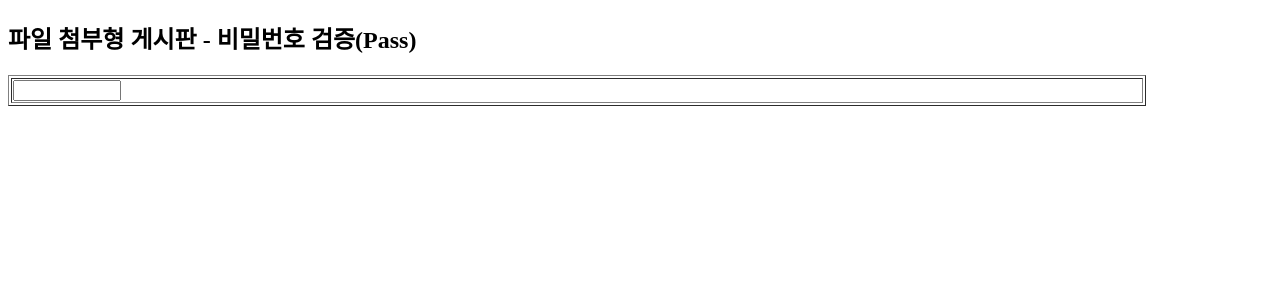
Repository: Park-Dongheon/Servlet-JSP_Training
Page: http://localhost/MustHaveJSP/14MVCBoard/Pass.jsp
An editor plug-in stored every save of this project. The page is shown before and after the next save, followed by the edit.
The browser window is 1280 px wide. The pictures show the whole page.
The page is served by Tomcat 10.

Above is the page before, as saved 2024-06-28 06:16:39.

After the next save:
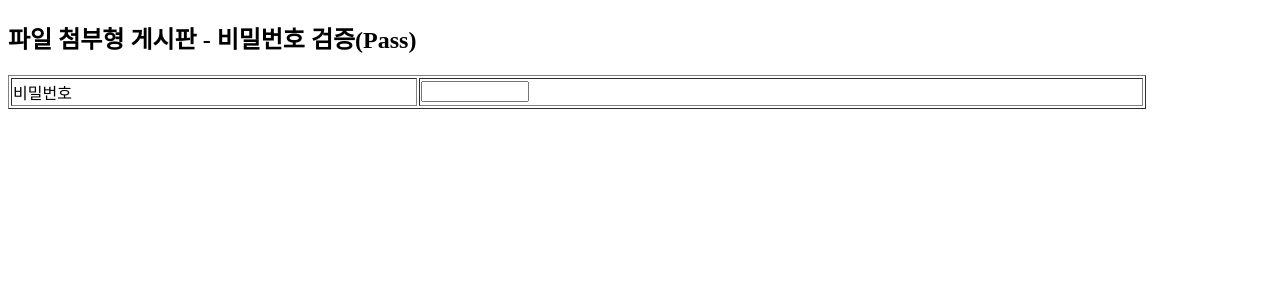
Saved 23 s later.
--- a/MustHaveJSP/src/main/webapp/14MVCBoard/Pass.jsp
+++ b/MustHaveJSP/src/main/webapp/14MVCBoard/Pass.jsp
@@ -23,6 +23,7 @@
 		<input type="hidden" name="mode" value="${ param.mode }" />
 		<table border="1" width="90%">
 			<tr>
+				<td>비밀번호</td>
 				<td>
 					<input type="password" name="pass" style="width:100px;" />
 				</td>
